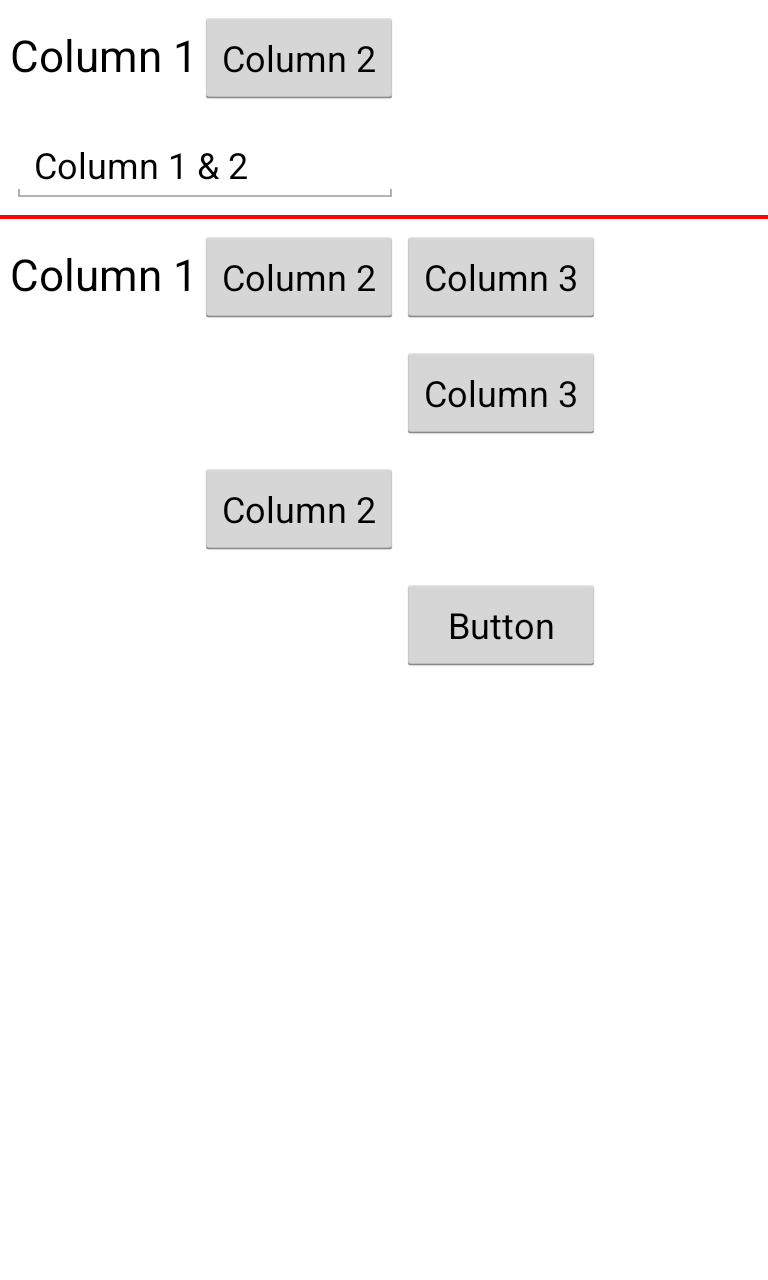
Repository: pareeje/MyAndroidPracticeSession_1
Layout: TableLayoutExample/res/layout/activity_main.xml
An editor plug-in stored every save of this project. The layout is shown before and after the next save, followed by the edit.
It is drawn on a 768 x 1280 px phone screen (xhdpi) without system bars, with theme AppTheme; the app's code is not run.

Above is the layout before, as saved 2012-12-15 12:04:51.

### TableLayoutExample/res/layout/activity_main.xml
<TableLayout xmlns:android="http://schemas.android.com/apk/res/android"
    android:id="@+id/tableLayout1"
    android:layout_width="fill_parent"
    android:layout_height="fill_parent" >

    <!-- 2 columns -->

    <TableRow
        android:id="@+id/tableRow1"
        android:layout_width="wrap_content"
        android:layout_height="wrap_content"
        android:padding="5dip" >

        <TextView
            android:id="@+id/textView1"
            android:text="Column 1"
            android:textAppearance="?android:attr/textAppearanceLarge" />

        <Button
            android:id="@+id/button1"
            android:text="Column 2" />
    </TableRow>

    <!-- edittext span 2 column -->

    <TableRow
        android:id="@+id/tableRow2"
        android:layout_width="wrap_content"
        android:layout_height="wrap_content"
        android:padding="5dip" >

        <EditText
            android:id="@+id/editText1"
            android:layout_span="2"
            android:text="Column 1 &amp; 2" />
    </TableRow>

    <!-- just draw a red line -->

    <View
        android:layout_height="2dip"
        android:background="#FF0000" />

    <!-- 3 columns -->

    <TableRow
        android:id="@+id/tableRow3"
        android:layout_width="wrap_content"
        android:layout_height="wrap_content"
        android:padding="5dip" >

        <TextView
            android:id="@+id/textView2"
            android:text="Column 1"
            android:textAppearance="?android:attr/textAppearanceLarge" />

        <Button
            android:id="@+id/button2"
            android:text="Column 2" />

        <Button
            android:id="@+id/button3"
            android:text="Column 3" />
    </TableRow>

    <!-- display this button in 3rd column via layout_column(zero based) -->

    <TableRow
        android:id="@+id/tableRow4"
        android:layout_width="wrap_content"
        android:layout_height="wrap_content"
        android:padding="5dip" >

        <Button
            android:id="@+id/button4"
            android:layout_column="2"
            android:text="Column 3" />
    </TableRow>

    <!-- display this button in 2nd column via layout_column(zero based) -->

    <TableRow
        android:id="@+id/tableRow5"
        android:layout_width="wrap_content"
        android:layout_height="wrap_content"
        android:padding="5dip" >

        <Button
            android:id="@+id/button5"
            android:layout_column="1"
            android:text="Column 2" />
    </TableRow>

    <TableRow
        android:id="@+id/tableRow6"
        android:layout_width="wrap_content"
        android:layout_height="wrap_content"
        android:padding="5dip" >

        <Button
            android:id="@+id/button6"
            android:layout_column="2"
            android:text="Button" />

    </TableRow>

</TableLayout>

Loaded but not shown: TableLayoutExample/res/values/styles.xml (common file); TableLayoutExample/res/values-v11/styles.xml (common file); TableLayoutExample/res/values-v14/styles.xml (common file)

After the next save:
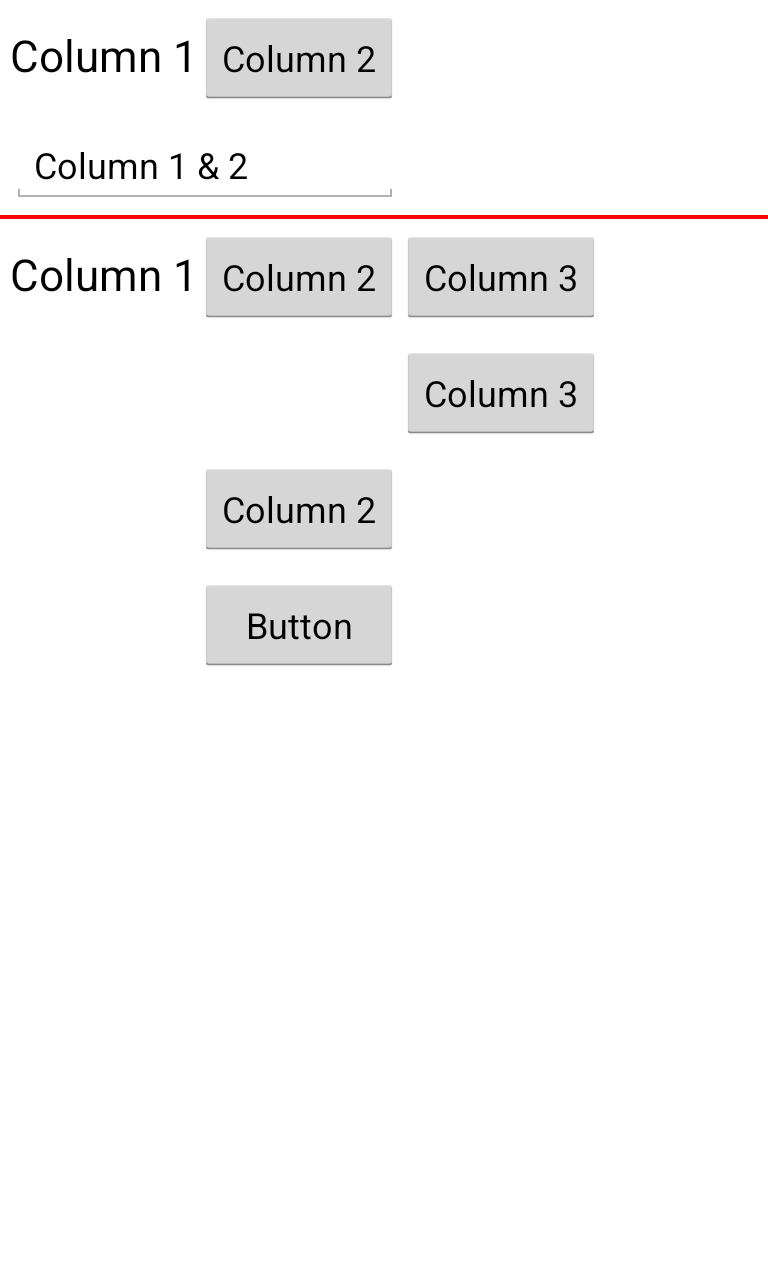
Saved 11 s later.
--- a/TableLayoutExample/res/layout/activity_main.xml
+++ b/TableLayoutExample/res/layout/activity_main.xml
@@ -99,7 +99,7 @@
 
         <Button
             android:id="@+id/button6"
-            android:layout_column="2"
+            android:layout_column="1"
             android:text="Button" />
 
     </TableRow>
